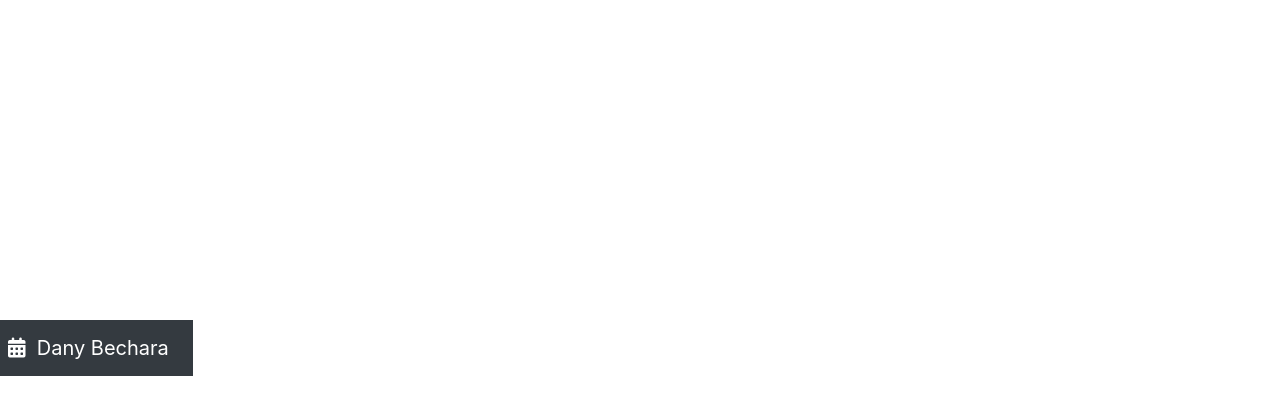
Repository: bechara611/calendar-frontend
Page: /
The author's editor kept a copy of each file at every save. The page is drawn from the files as they stood at one save, then again after the next save.
The browser window is 1280 px wide. The pictures show the whole page.
The project was rebuilt for these pictures with package versions that can differ from the ones it lists, and the page was loaded fresh each time. Also part of the build but not shown: vite.config.js. Imported but missing from the stored project, and not drawn on this page: src/auth.

Above is the page before, as saved 2023-01-04 14:08:16.

After the next save:
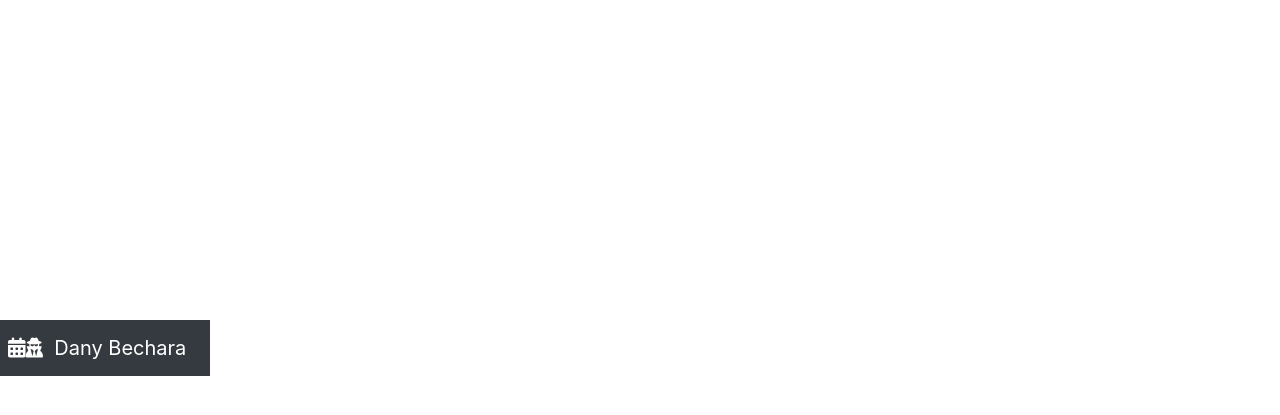
Saved 2 min 35 s later.
--- a/src/calendar/components/NavBar.jsx
+++ b/src/calendar/components/NavBar.jsx
@@ -6,6 +6,7 @@ export const NavBar = () => {
     <span className='navbar-brand'>
     <i className='fas fa-calendar-alt'></i>
     <i className="fa-solid fa-tricycle"></i>
+    <i className="fa-solid fa-user-secret"></i>
     &nbsp;
     Dany Bechara
     </span>

After the 2 saves that followed:
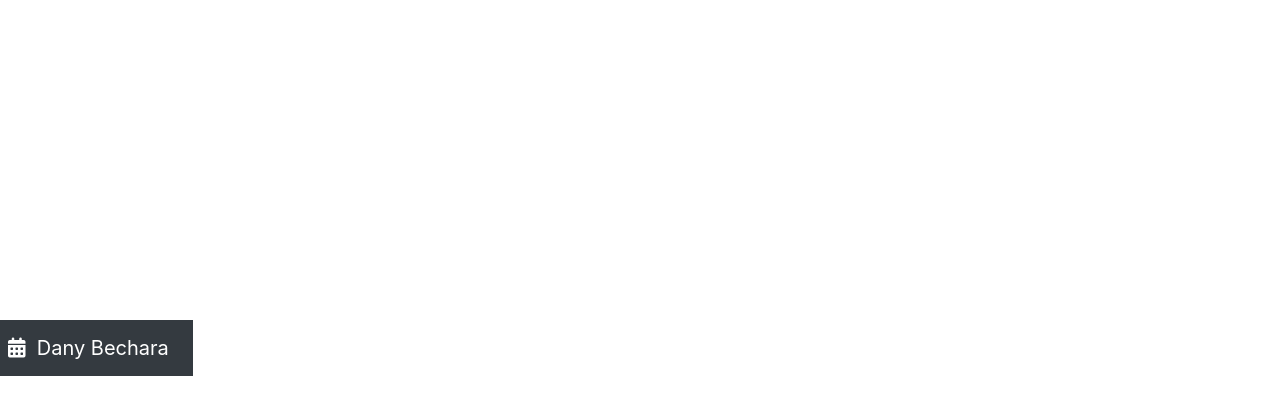
The 2 saves are shown as one change because 1 left the picture as it was.
The last was saved 21 s later.
--- a/src/calendar/components/NavBar.jsx
+++ b/src/calendar/components/NavBar.jsx
@@ -5,8 +5,8 @@ export const NavBar = () => {
     <div className="navbar navbar-dark bg-dark mb-4 px-2">
     <span className='navbar-brand'>
     <i className='fas fa-calendar-alt'></i>
-    <i className="fa-solid fa-tricycle"></i>
-    <i className="fa-solid fa-user-secret"></i>
+
+
     &nbsp;
     Dany Bechara
     </span>
